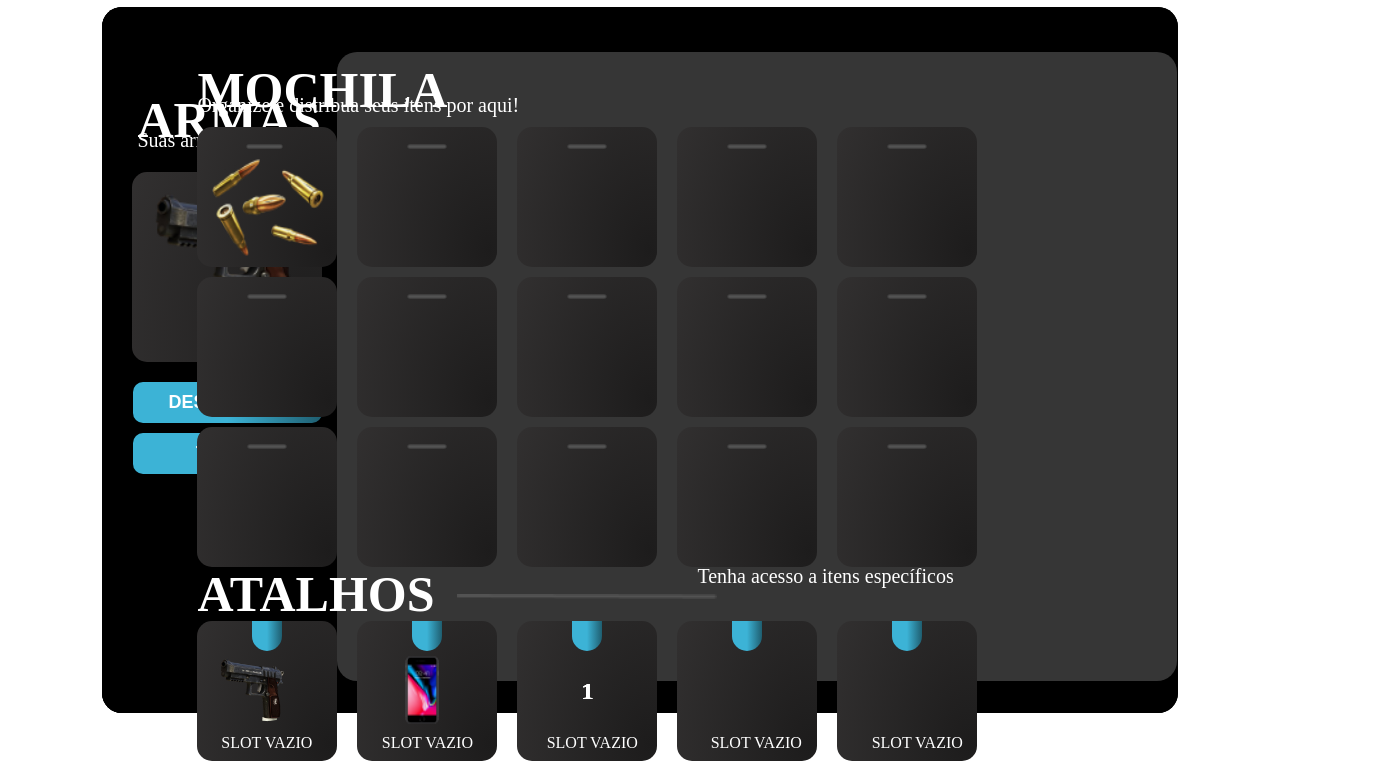
Repository: DuMCorrea/Mochila
Page: index.html
An editor plug-in stored every save of this project. The page is shown before and after the next save, followed by the edit.
The browser window is 1280 px wide. The page is 1280 px wide, then 1373 px, so the pictures cover 1373 px, including what lies to the right of the window. The pictures show the whole page.
Some web fonts or font styles are not loaded; a fallback is used.

Above is the page before, as saved 2024-09-03 11:27:19.

After the next save:
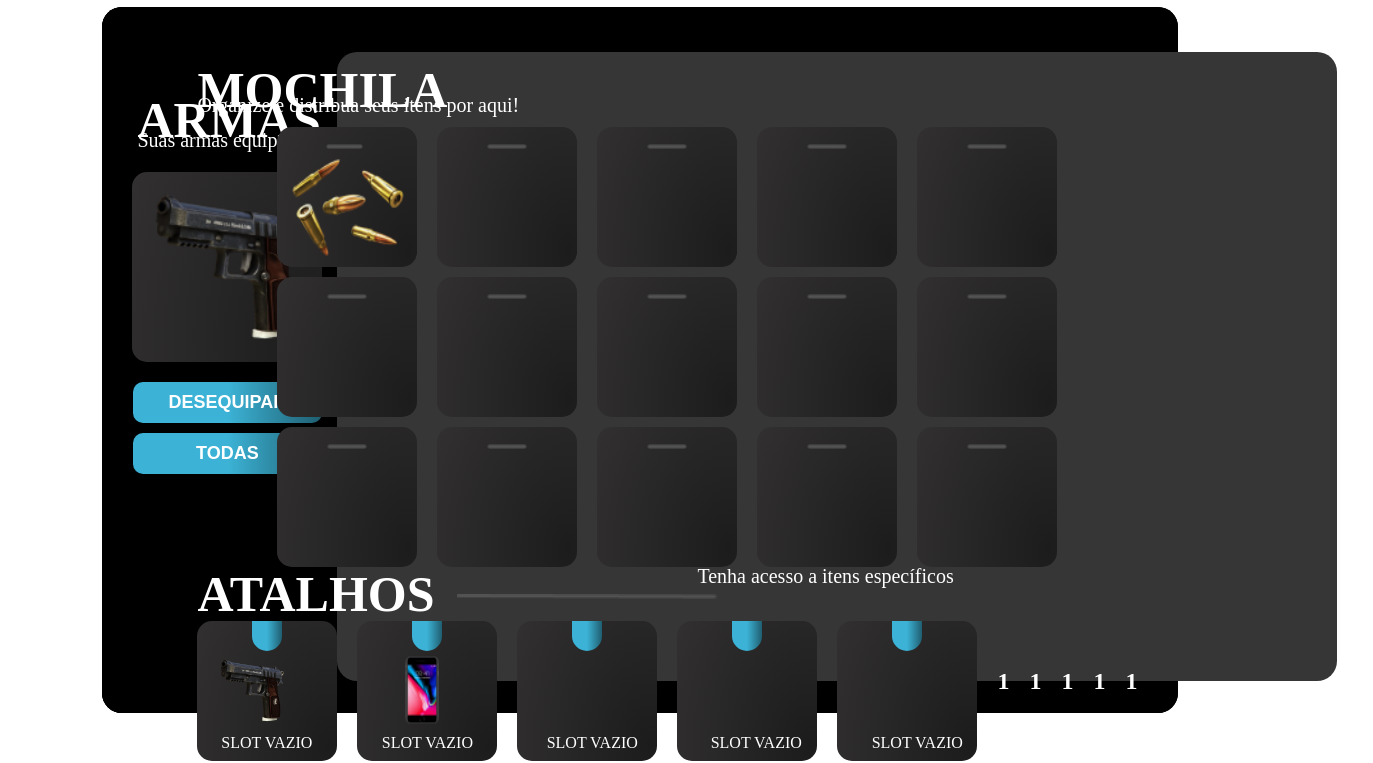
Saved 9 s later.
--- a/styles.css
+++ b/styles.css
@@ -324,12 +324,15 @@ body, html {
     bottom: 110px;
 }
 
+.numbers-line {
+    display: flex; /* Alinha os números horizontalmente */
+    justify-content: center; /* Centraliza os números horizontalmente */
+    margin-bottom: 20px; /* Espaçamento abaixo da linha de números */
+}
+
 .number {
     font-size: 24px; /* Tamanho do número */
     color: white; /* Cor do número */
     font-weight: bold; /* Peso da fonte do número */
-    position: absolute; /* Posicionamento absoluto dentro do quadrado azul */
-    top: 50%; /* Posiciona o número no meio verticalmente */
-    left: 50%; /* Posiciona o número no meio horizontalmente */
-    transform: translate(-50%, -50%); /* Centraliza o número */
-}
+    margin: 0 10px; /* Espaçamento entre os números */
+}
